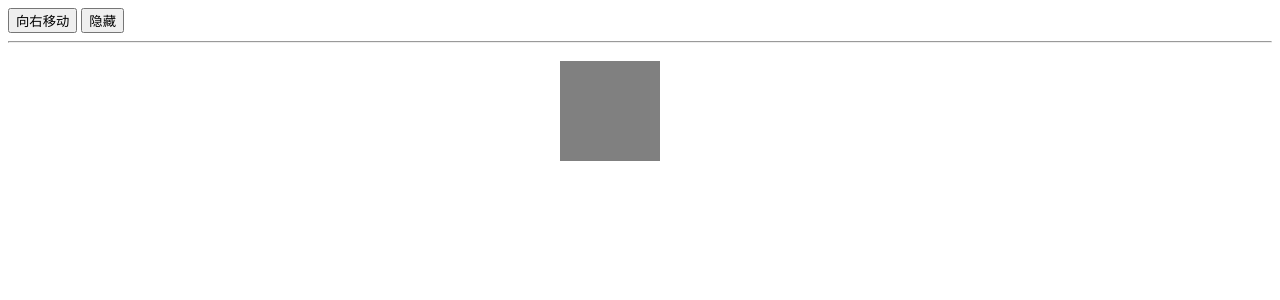
Repository: jsjchai/springmvc_study
Page: springmvc/jquery/jquery_Test/WebContent/jqueryTest15.html
An editor plug-in stored every save of this project. The page is shown before and after the next save, followed by the edit.
The browser window is 1280 px wide. The pictures show the whole page.
After loading, the first visible `#b1` was clicked once.

Above is the page before, as saved 2015-04-06 12:23:19.

### springmvc/jquery/jquery_Test/WebContent/jqueryTest15.html
<!DOCTYPE html>
<html>
<head>
<meta charset="UTF-8">
<title>jquery动画效果</title>
<script type="text/javascript" src="./js/jquery-1.11.2.js"></script>
<script type="text/javascript">
	//onload事件
	$(document).ready(function(){
		//向右移动
		$("#b1").click(function(){
			$("#d1").animate({left: '+550px'}, "slow");
		});
		//隐藏
		$("#b2").click(function(){
			$("#img1").hide();
		});
	});
</script>
</head>
<body>
	<input type="button" value="向右移动" id="b1">
	<input type="button" value="隐藏" id="b2">
	<hr>
	<div id="d1"
		style="width: 100px; height: 100px; background-color: gray; margin: 10px; position: absolute;"></div>

</body>
</html>

Loaded but not shown: springmvc/jquery/jquery_Test/WebContent/js/jquery-1.11.2.js (library)

After the next save:
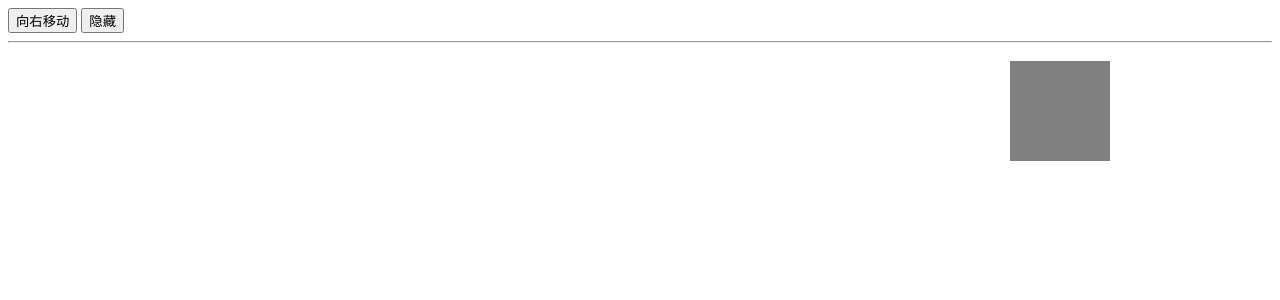
Saved 15 s later.
--- a/springmvc/jquery/jquery_Test/WebContent/jqueryTest15.html
+++ b/springmvc/jquery/jquery_Test/WebContent/jqueryTest15.html
@@ -9,7 +9,7 @@
 	$(document).ready(function(){
 		//向右移动
 		$("#b1").click(function(){
-			$("#d1").animate({left: '+550px'}, "slow");
+			$("#d1").animate({left: '+1000px'}, "slow");
 		});
 		//隐藏
 		$("#b2").click(function(){
